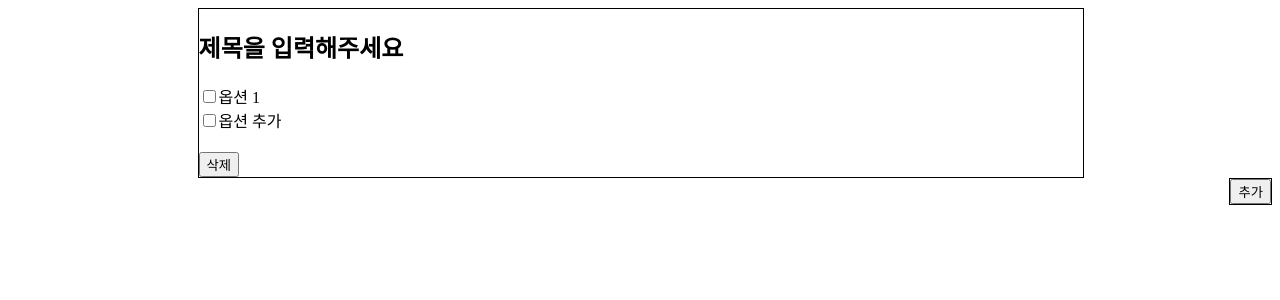
Repository: binigy97/VoteStie
Page: voteWeb/src/main/resources/static/index.html
The author's editor kept a copy of each file at every save. The page is drawn from the files as they stood at one save, then again after the next save.
The browser window is 1280 px wide. The pictures show the whole page.

Above is the page before, as saved 2022-02-23 22:07:54.

### voteWeb/src/main/resources/static/index.html
<!DOCTYPE html>
<html lang="ko">
<head>
<meta charset="UTF-8">
<title>투표 사이트</title>
</head>
<style>
section {
	width: 70%;
	margin: 0 auto;
}
article {
	border: 1px solid black;
}
section > article {
	width: 100%;
}
body > article {
	float: right;
	/* position: absolute;
	top: 20%; */
}
div > label {
	display: block;
	color: black;
}
div > label:last-child {
	margin-bottom: 20px;
}
</style>
<body>
<!-- 투표 내용 생성 -->
<section>
	<article>
		<h2>제목을 입력해주세요</h2>
		<div>
			<label><input type="checkbox" name="op1" value="옵션 1">옵션 1</label>
			<label><input type="checkbox" name="add_btn" value="옵션 추가">옵션 추가</label>
		</div>
		<div>
			<button>삭제</button>
		</div>
	</article>
</section>
<!-- 투표지 추가 -->
<article>
	<button>추가</button>
</article>
</body>
</html>

After the next save:
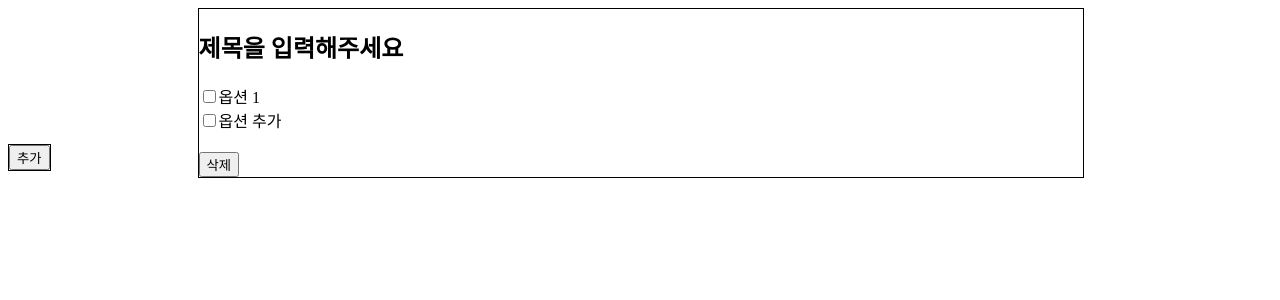
Saved 21 s later.
--- a/voteWeb/src/main/resources/static/index.html
+++ b/voteWeb/src/main/resources/static/index.html
@@ -17,8 +17,8 @@ section > article {
 }
 body > article {
 	float: right;
-	/* position: absolute;
-	top: 20%; */
+	position: absolute;
+	top: 20%;
 }
 div > label {
 	display: block;
